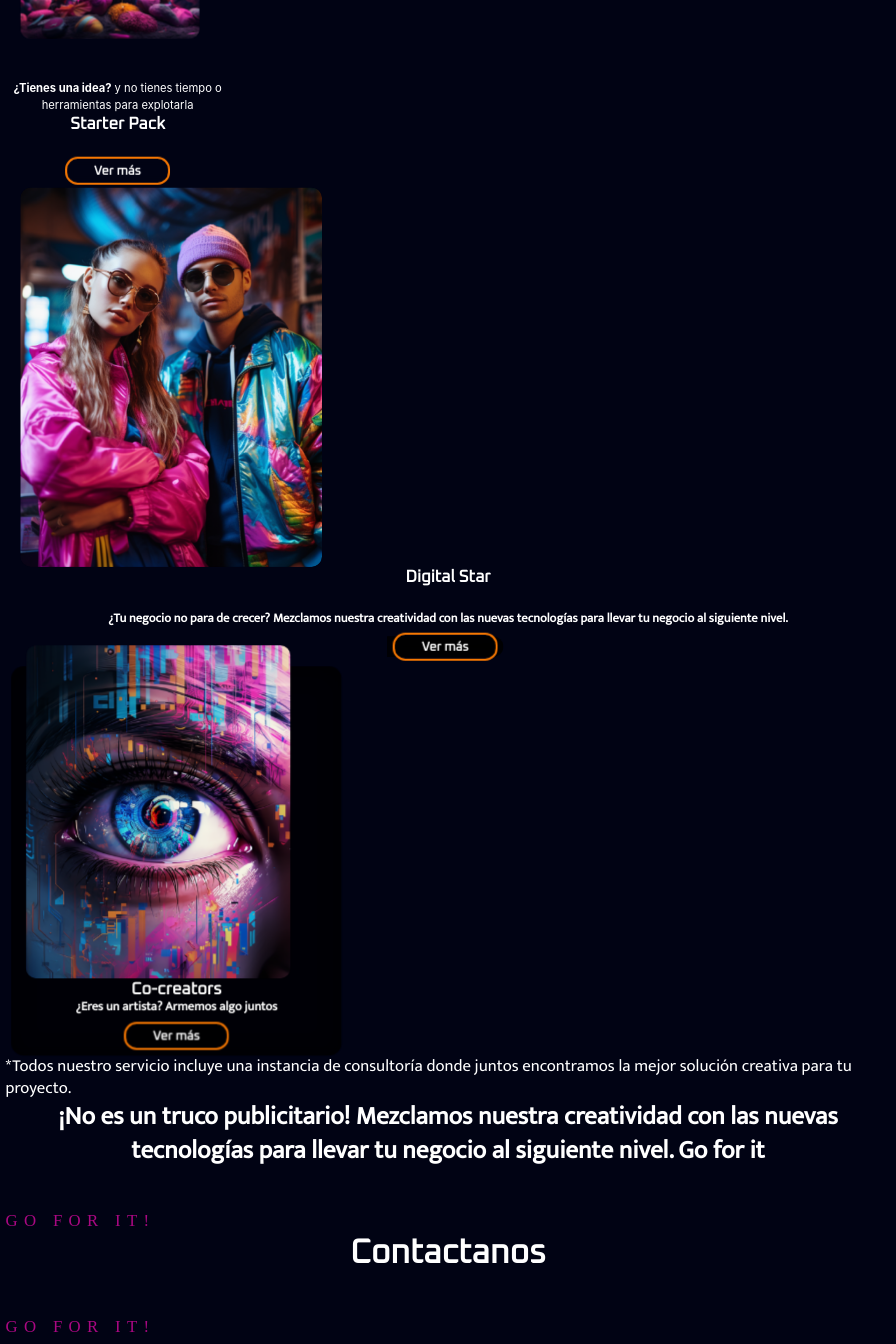
Repository: itsomosedison/tailwind-landing-page
Page: index.html
These files come from the project's save history. The page is drawn as it stood at one moment and after the next save; the edit follows.
The browser window is 1280 px wide. The pictures show the part of the page from y = 1797 to 3717 px (the page is 3717 px tall before and 3633 px after), at 70% of full size.
Some web fonts or font styles are not loaded; a fallback is used.

Above is the page before, as saved 2023-09-30 19:41:39.

After the next save:
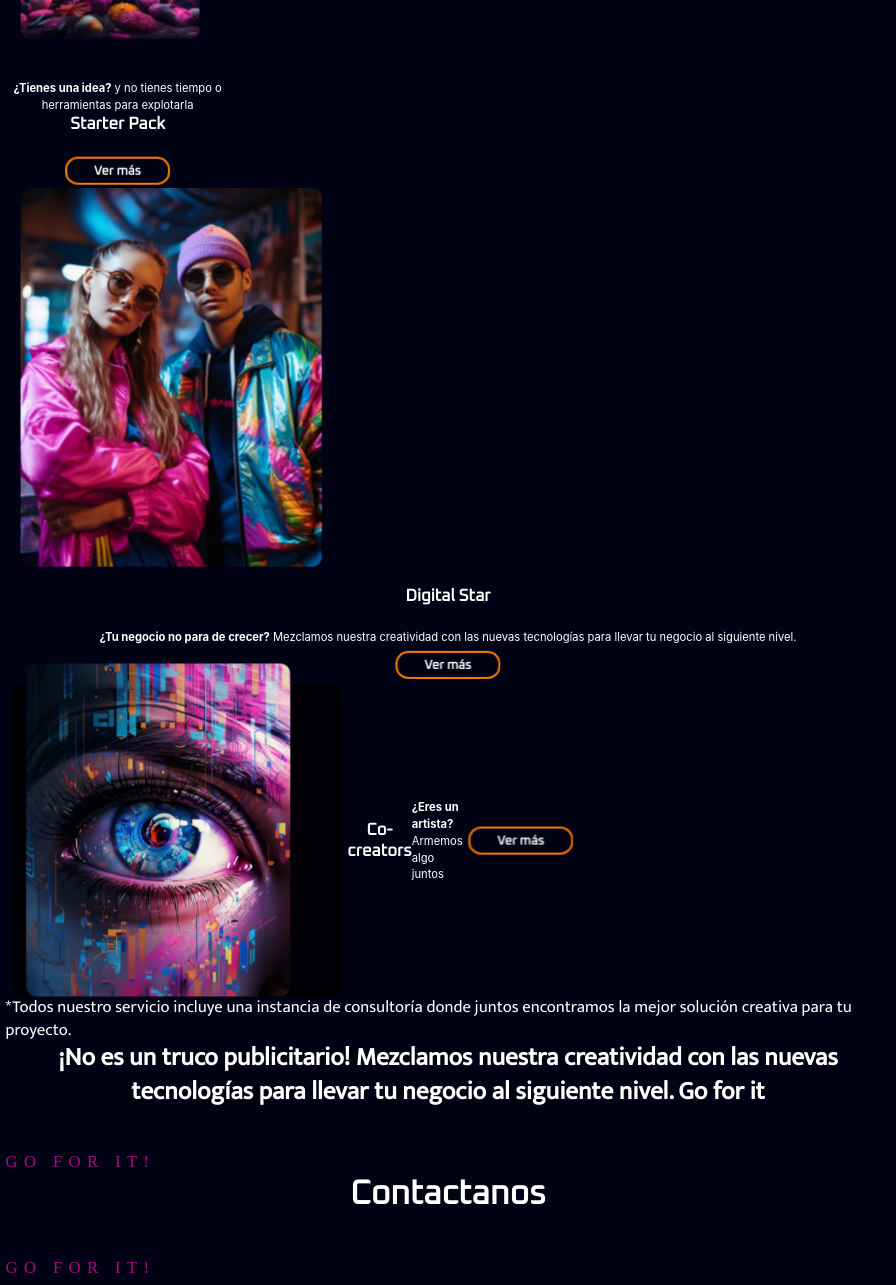
Saved 35 s later.
--- a/index.html
+++ b/index.html
@@ -75,20 +75,21 @@
                 <div class="cardContainer flex"></div>
                     <a href="https://api.whatsapp.com/send/?phone=5401138519899&text=Hola%21+vi+tu+anuncio+en+la+web+y+estoy+interesado+en+ser+un+Digital+Star" target="_blank" class="fuxiaCard">
                         <img class="cardImg" src="recursos/star.png" alt="Imagen de la oveja" />
-                        <h1 class="cardH1">Digital Star</h1>
-                        <p class="mt-8"> <b>¿Tu negocio no para de crecer?</b> Mezclamos nuestra creatividad con las nuevas tecnologías para llevar tu negocio al siguiente nivel.</p>
-                        <button class="gradientButton">Ver más</button>
+
                     </a>
-                    </div>
+                    <h1 class="cardH1">Digital Star</h1>
+                    <p class="mt-8"> <b>¿Tu negocio no para de crecer?</b> Mezclamos nuestra creatividad con las nuevas tecnologías para llevar tu negocio al siguiente nivel.</p>
+                    <button class="gradientButton">Ver más</button>
+                </div>
 
 
                 <div class="cardContainer flex">
                     <a href="https://api.whatsapp.com/send/?phone=5401138519899&text=Hola%21+vi+tu+anuncio+en+la+web+y+estoy+interesado+en+co+crear+un+proyecto+jun" target="_blank" class="fuxiaCard">
                         <img class="cardImg" src="recursos/cocrea.png" alt="Imagen de la oveja" />
-                        <h1 class="cardH1">Co-creators</h1>
-                        <p class=""><b>¿Eres un artista?</b> Armemos algo juntos</p>
-                        <button class="gradientButton">Ver más</button>
                     </a>
+                    <h1 class="cardH1">Co-creators</h1>
+                    <p class=""><b>¿Eres un artista?</b> Armemos algo juntos</p>
+                    <button class="gradientButton">Ver más</button>
                 </div>
             </div>
             </div>
